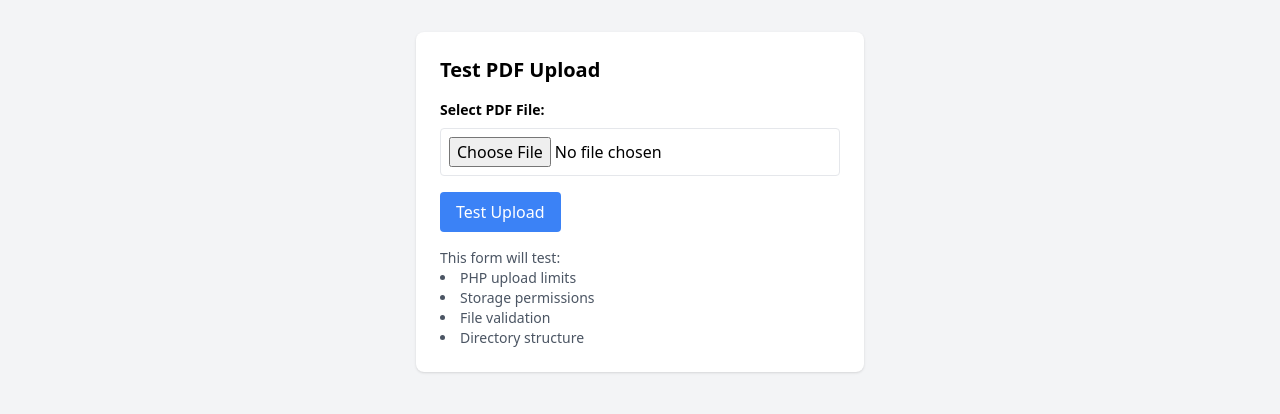
Repository: Autofat/LMS-MOOC
Page: http://localhost/test-upload
These files come from the project's save history. The page is drawn as it stood at one moment and after the next save; the edit follows.
The browser window is 1280 px wide. The pictures show the whole page.
Some web libraries are served in a nearby version. The page is served by the project's Laravel application, run on PHP 8.4 with Laravel 12. A made-up administrator, Test User (test@example.com), is signed in. Other server files are loaded and not shown.

Above is the page before, as saved 2025-08-01 14:43:37.

### routes/web.php
<?php

use Illuminate\Support\Facades\Route;
use Illuminate\Support\Facades\Auth;
use Illuminate\Support\Facades\Http;
use Illuminate\Support\Facades\Storage;
use Illuminate\Http\Request;
use App\Http\Controllers\QuestionController;
use App\Http\Controllers\MaterialController;
use App\Http\Controllers\AuthController;

// Root redirect to login
Route::get('/', function () {
    // Force logout and clear session
    Auth::logout();
    session()->flush();
    session()->regenerate();

    return redirect()->route('login');
});

// Authentication Routes
Route::get('/login', [AuthController::class, 'showLoginForm'])->name('login');
Route::post('/login', [AuthController::class, 'login']);
Route::get('/register', [AuthController::class, 'showRegisterForm'])->name('register');
Route::post('/register', [AuthController::class, 'register']);
Route::post('/logout', [AuthController::class, 'logout'])->name('logout');

// Temporary route to clear session
Route::get('/clear-session', function () {
    Auth::logout();
    session()->flush();
    session()->regenerate();
    return redirect()->route('login')->with('success', 'Session cleared. Please login again.');
});

// Test route to check auth status
Route::get('/test-auth', function () {
    return response()->json([
        'auth_check' => Auth::check(),
        'user' => Auth::user(),
        'session_id' => session()->getId(),
        'session_data' => session()->all()
    ]);
});

// Protected Routes (require authentication)
Route::middleware(['auth'])->group(function () {

    // Debug route for testing n8n connection
    Route::get('/test-n8n-connection', function () {
        try {
            $testData = [
                'action' => 'test_connection',
                'timestamp' => now()->toISOString(),
                'message' => 'Laravel connection test'
            ];

            $n8nUrl = env('N8N_GENERATE_QUESTIONS_URL', 'http://localhost:5678/webhook/generate-questions');

            $response = Http::timeout(120)
                ->retry(2, 100)
                ->withOptions([
                    'verify' => false,
                    'allow_redirects' => true,
                    'http_errors' => false
                ])
                ->post($n8nUrl, $testData);

            return response()->json([
                'success' => true,
                'message' => 'n8n connection test completed',
                'url' => $n8nUrl,
                'request_data' => $testData,
                'response' => [
                    'status' => $response->status(),
                    'headers' => $response->headers(),
                    'body' => $response->body(),
                    'successful' => $response->successful()
                ]
            ]);

        } catch (\Exception $e) {
            return response()->json([
                'success' => false,
                'error' => $e->getMessage(),
                'error_class' => get_class($e)
            ], 500);
        }
    })->name('test.n8n.connection');

    // Material Routes
    Route::get('/materials', [MaterialController::class, 'index'])->name('materials.index');
    Route::get('/materials/create', [MaterialController::class, 'create'])->name('materials.create');
    Route::post('/materials', [MaterialController::class, 'store'])->name('materials.store');
    Route::get('/materials/{id}', [MaterialController::class, 'show'])->name('materials.show');
    Route::get('/materials/{id}/edit', [MaterialController::class, 'edit'])->name('materials.edit');
    Route::put('/materials/{id}', [MaterialController::class, 'update'])->name('materials.update');
    Route::delete('/materials/{id}', [MaterialController::class, 'destroy'])->name('materials.destroy');
    Route::get('/materials/{id}/download', [MaterialController::class, 'download'])->name('materials.download');

    // Debug routes for testing file uploads
    Route::get('/test-upload', function () {
        return view('test-upload');
    })->name('test.upload.form');

    Route::post('/test-upload', function (Request $request) {
        $info = [
            'has_file' => $request->hasFile('pdf_file'),
            'php_upload_max' => ini_get('upload_max_filesize'),
            'php_post_max' => ini_get('post_max_size'),
            'storage_writable' => is_writable(storage_path('app/public')),
            'materials_dir_exists' => Storage::disk('public')->exists('materials'),
        ];

        if ($request->hasFile('pdf_file')) {
            $file = $request->file('pdf_file');
            $info['file'] = [
                'name' => $file->getClientOriginalName(),
                'size' => $file->getSize(),
                'mime' => $file->getMimeType(),
                'is_valid' => $file->isValid(),
                'error' => $file->getError(),
            ];
        }

        return response()->json($info);
    })->name('test.upload');
    Route::get('/materials/{id}/questions', [MaterialController::class, 'questions'])->name('materials.questions');

    // Generate Questions with n8n
    Route::post('/materials/{id}/generate-questions', [MaterialController::class, 'generateQuestions'])->name('materials.generate-questions');
    Route::post('/materials/{id}/generate-questions-async', [MaterialController::class, 'generateQuestionsAsync'])->name('materials.generate-questions-async');
    Route::get('/materials/{id}/test-n8n', [MaterialController::class, 'testN8nConnection'])->name('materials.test-n8n');

    // Form Manual Input
    Route::get('/questions/create', [QuestionController::class, 'create'])->name('questions.create');
    Route::post('/questions', [QuestionController::class, 'store'])->name('questions.store');

    // Manage and Edit Questions
    Route::get('/questions/manage', [QuestionController::class, 'manage'])->name('questions.manage');
    Route::get('/questions/{id}/edit', [QuestionController::class, 'edit'])->name('questions.edit');
    Route::put('/questions/{id}', [QuestionController::class, 'update'])->name('questions.update');
    Route::delete('/questions/{id}', [QuestionController::class, 'destroy'])->name('questions.destroy');
});

### resources/views/test-upload.blade.php
<!DOCTYPE html>
<html>
<head>
    <title>Test PDF Upload</title>
    <script src="https://cdn.tailwindcss.com"></script>
</head>
<body class="bg-gray-100 p-8">
    <div class="max-w-md mx-auto bg-white p-6 rounded-lg shadow">
        <h1 class="text-xl font-bold mb-4">Test PDF Upload</h1>

        <form action="{{ route('test.upload') }}" method="POST" enctype="multipart/form-data">
            @csrf

            <div class="mb-4">
                <label class="block text-sm font-bold mb-2">Select PDF File:</label>
                <input type="file" name="pdf_file" accept=".pdf" class="w-full p-2 border rounded">
            </div>

            <button type="submit" class="bg-blue-500 text-white px-4 py-2 rounded hover:bg-blue-600">
                Test Upload
            </button>
        </form>

        <div class="mt-4 text-sm text-gray-600">
            <p>This form will test:</p>
            <ul class="list-disc list-inside">
                <li>PHP upload limits</li>
                <li>Storage permissions</li>
                <li>File validation</li>
                <li>Directory structure</li>
            </ul>
        </div>
    </div>
</body>
</html>

Loaded but not shown: app/Models/User.php (common file)

After the next save:
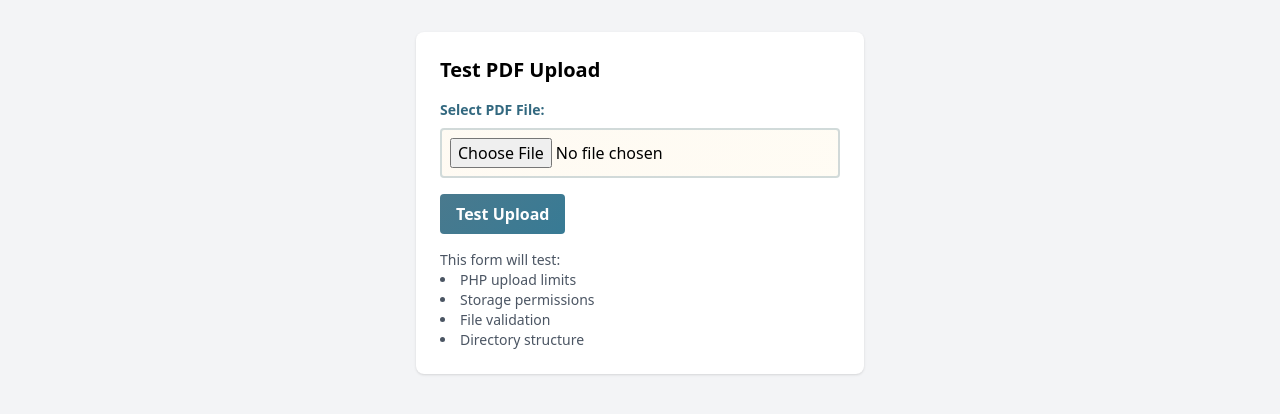
Saved 21 s later.
--- a/resources/views/test-upload.blade.php
+++ b/resources/views/test-upload.blade.php
@@ -12,11 +12,11 @@
             @csrf
 
             <div class="mb-4">
-                <label class="block text-sm font-bold mb-2">Select PDF File:</label>
-                <input type="file" name="pdf_file" accept=".pdf" class="w-full p-2 border rounded">
+                <label class="block text-sm font-bold mb-2" style="color: rgba(28,88,113,0.9);">Select PDF File:</label>
+                <input type="file" name="pdf_file" accept=".pdf" class="w-full p-2 rounded border-2" style="border-color: rgba(28,88,113,0.2); background: linear-gradient(135deg, rgba(245,158,11,0.05) 0%, rgba(251,191,36,0.05) 100%);">
             </div>
 
-            <button type="submit" class="bg-blue-500 text-white px-4 py-2 rounded hover:bg-blue-600">
+            <button type="submit" class="px-4 py-2 rounded transition-all font-semibold text-white" style="background: linear-gradient(135deg, rgba(28,88,113,0.8) 0%, rgba(34,108,137,0.9) 100%);">
                 Test Upload
             </button>
         </form>
